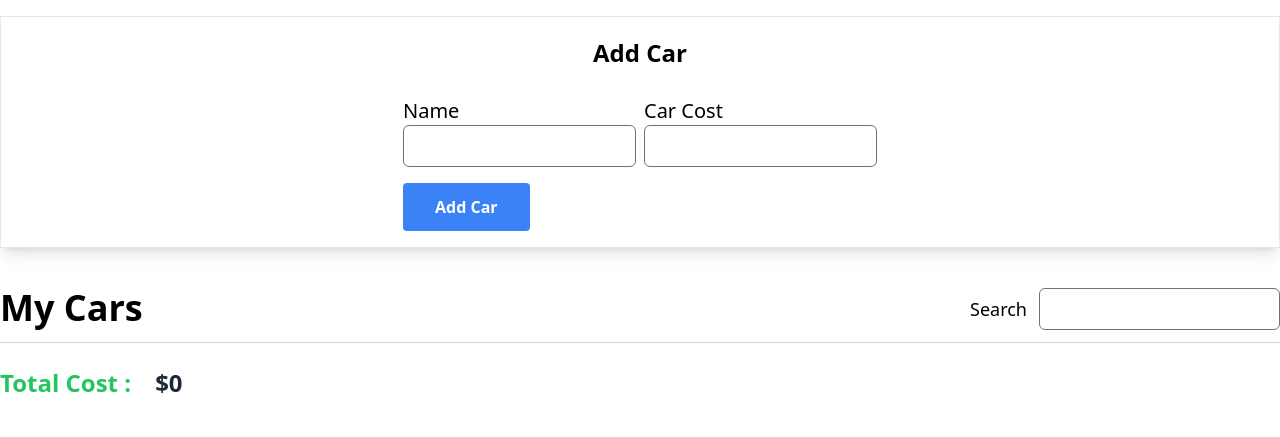
Repository: Marhamat92/carsappreduxtoolkit
Page: /
These files come from the project's save history. The page is drawn as it stood at one moment and after the next save; the edit follows.
The browser window is 1280 px wide. The pictures show the whole page.
The project was rebuilt for these pictures with package versions that can differ from the ones it lists, and the page was loaded fresh each time.

Above is the page before, as saved 2023-01-24 00:48:06.

After the next save:
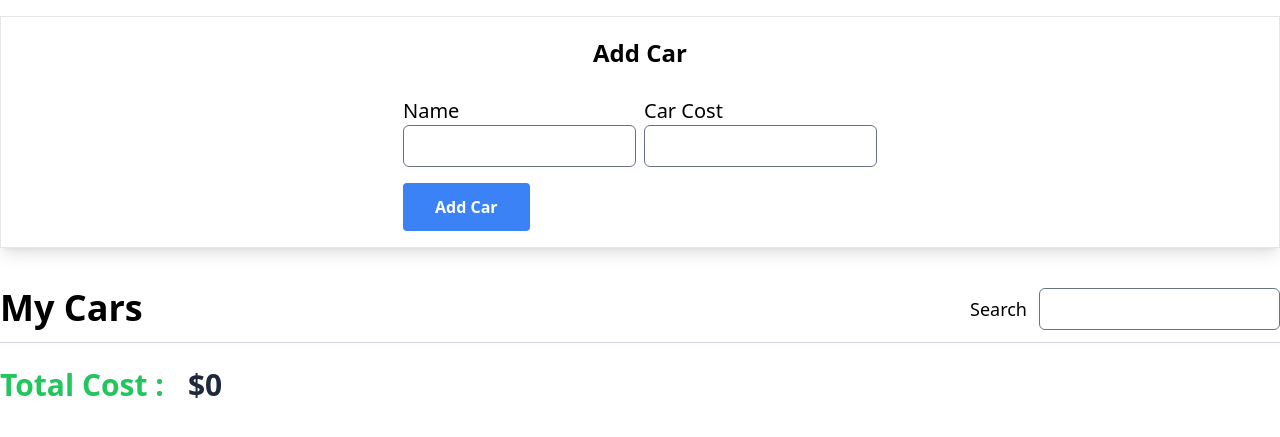
Saved 18 s later.
--- a/src/components/CarValue.js
+++ b/src/components/CarValue.js
@@ -12,9 +12,9 @@ function CarValue() {
 
 
   return (
-    <div className='flex  space-x-6 mt-6 '>
-      <h1 className='text-2xl font-bold text-green-500' >Total Cost :</h1>
-      <h1 className='text-2xl font-bold text-slate-800'>${totalCost}</h1>
+    <div className='flex  space-x-6 mt-6'>
+      <h1 className='text-3xl font-bold text-green-500' >Total Cost :</h1>
+      <h1 className='text-3xl font-bold text-slate-800'>${totalCost}</h1>
     </div>
   )
 }
